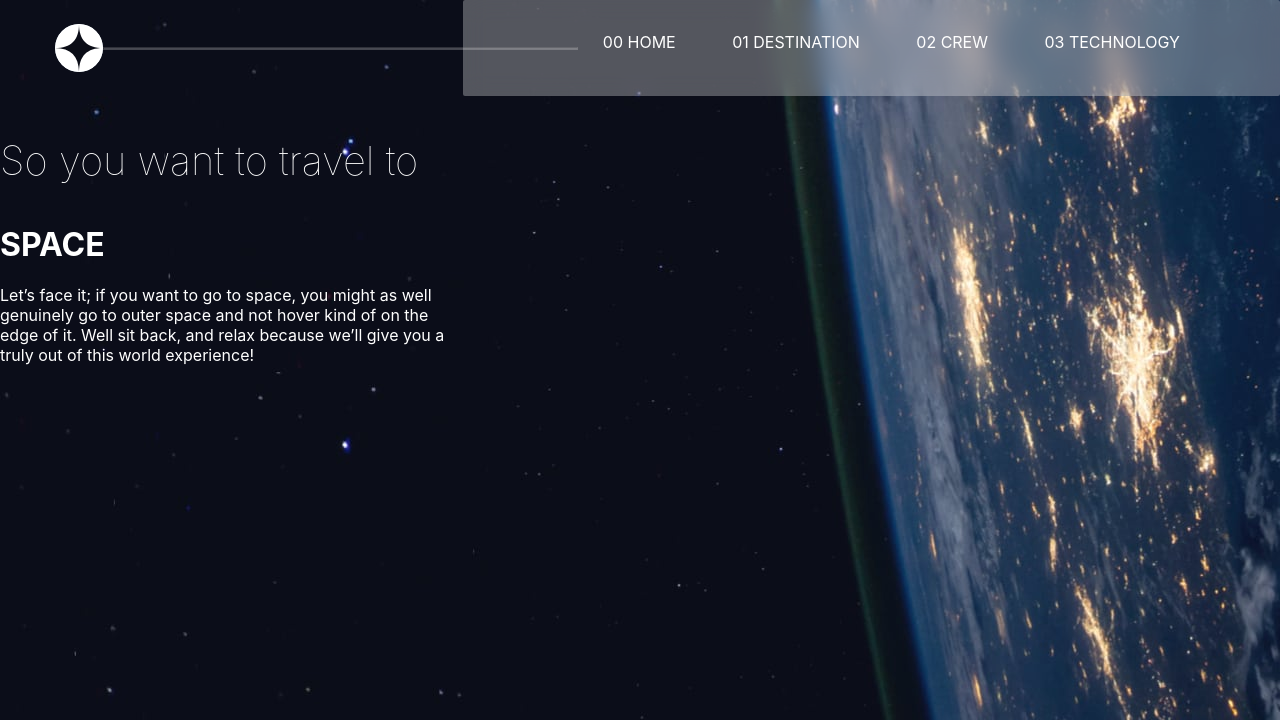
Repository: jhonenmanuel1/FrontEndMentor-MultiPageSpace
Page: /
The author's editor kept a copy of each file at every save. The page is drawn from the files as they stood at one save, then again after the next save.
The browser window is 1280 px wide. The pictures show the whole page.
The project was rebuilt for these pictures with package versions that can differ from the ones it lists, and the page was loaded fresh each time.

Above is the page before, as saved 2022-06-21 16:31:28.

### src/App.js
import './App.css';
import HeaderView from './components/header';
import HomeView from './views/home';


function App() {
  return (
    <div className="App">
      <HeaderView/>
      <HomeView/>

    </div>
  );
}

export default App;

### src/App.css
body{
    background-image: url("../src/components/Images/home/background-home-desktop.jpg");
    background-color: #cccccc;


}

### src/components/header.js
import styles from "../styles/header.module.css"

const HeaderView = ()=>{

    return(
        <div className={styles.wraper}>
            <div className={styles.headerLogo}>
            <svg xmlns="http://www.w3.org/2000/svg" width="48" height="48"><g fill="none" fill-rule="evenodd"><circle cx="24" cy="24" r="24" fill="#FFF"/><path fill="#0B0D17" d="M24 0c0 16-8 24-24 24 15.718.114 23.718 8.114 24 24 0-16 8-24 24-24-16 0-24-8-24-24z"/></g></svg>
            </div>
            <div className={styles.headerLine}>
                <hr />
            </div>
            <div className={styles.headerMenu}>
                 <ul>
                    <li> 00 HOME</li>
                    <li> 01 DESTINATION </li>
                    <li> 02 CREW </li>
                    <li className={styles.lastList}> 03 TECHNOLOGY</li>

                </ul>
            </div>

        </div>
    )
}
export default HeaderView;

### src/views/home.js
import React from "react";
import styles from "../styles/homeview.module.css"

export default function HomeView(){
    return<>
        <div className={styles.homeSpaceTarget}>
            <div>
                <h3 className={styles.homeSpaceTargeth3}>So you want to travel to</h3>
                <h1>SPACE </h1>
                <p>Let’s face it; if you want to go to space, you might as well genuinely go to outer space and not hover kind of on the edge of it. Well sit back, and relax because we’ll give you a truly out of this world experience!</p>
            </div>
        </div>
    </>
}

### src/styles/header.module.css
.wraper {
    display: flex;
    justify-content: space-between;


    background-position: center center;
    background-repeat: no-repeat;
    background-size: cover


}
.headerLogo{
    display: flex;
    justify-content: center;
    align-items: center;


}
.headerLogo svg {
    background-color: aliceblue;
    border-radius: 100%;
    height: 48px;
    width: 48px;
    margin-left: 55px;
}

.headerMenu{
    background-color: rgba(255, 255, 255, 0.3);
    border-radius: 2px;
    text-align: center;
    backdrop-filter: blur(12px);
    -webkit-backdrop-filter: blur(10px);
    width: 830px;
    height: 96px;



}

.headerMenu ul {
    display: flex;
    justify-content:  space-between;
    align-items: center;
    padding-right: 100px;
    margin-left: 100px;
    margin-top: 32px;
    color: white;


}
.headerMenu ul li {
    text-decoration: none;
    list-style: none;

}

.headerLogo{
    color: white;

}
.headerLine {
    display: flex;
    justify-content: center;
    align-items: center;
    margin-right: -9%;
    z-index: 1;

}
.headerLine hr {
    height: 1px;
    background-color: white;
    color: white;
    width: 473px;
    opacity:  25.15%;

}

### src/styles/homeview.module.css
body{
    color: white;
}
.homeSpaceTarget{
    max-width: 461.76px;
    display: flex;
    justify-content: center;
    align-items: center;
}

.homeSpaceTargeth3 {
    font-weight: 1;
    font-size: 40px;
}
.homeSpaceTarget  h1{
    font-weight: 0;
}

Loaded but not shown: public/index.html (common file); src/index.js (common file); src/index.css (common file); src/reportWebVitals.js (common file)

After the next save:
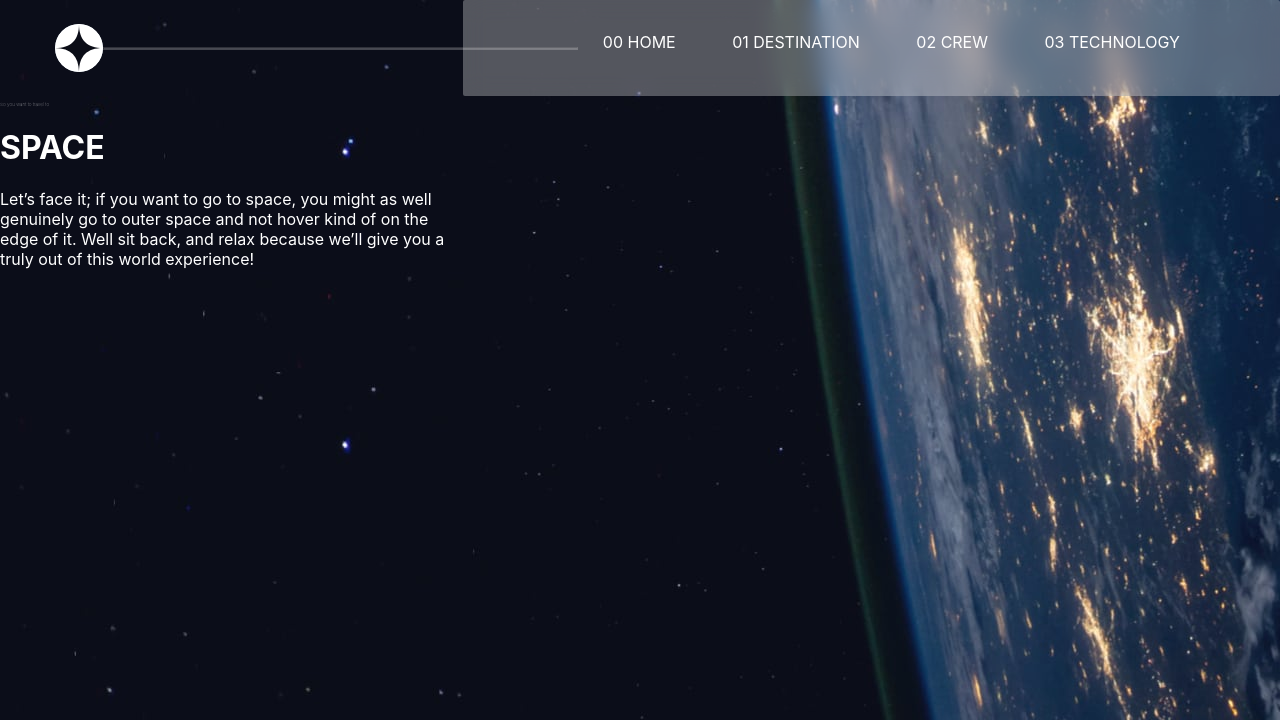
Saved 24 s later.
--- a/src/styles/homeview.module.css
+++ b/src/styles/homeview.module.css
@@ -10,7 +10,7 @@ body{
 
 .homeSpaceTargeth3 {
     font-weight: 1;
-    font-size: 40px;
+    font-size: 4.72px;
 }
 .homeSpaceTarget  h1{
     font-weight: 0;
